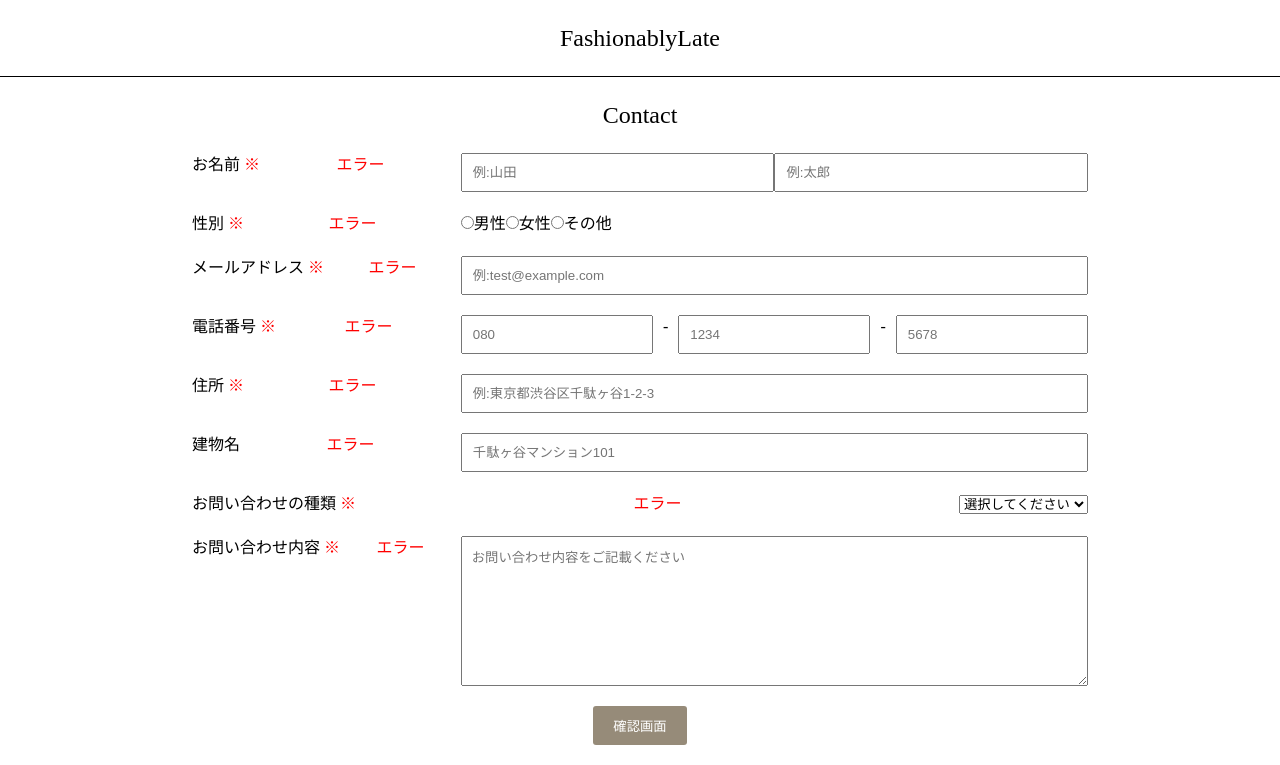
Repository: mayu-ya/test_form
Page: http://localhost/
The author's editor kept a copy of each file at every save. The page is drawn from the files as they stood at one save, then again after the next save.
The browser window is 1280 px wide. The pictures show the whole page.
The page is served by the project's Laravel application, run on PHP 8.4 with Laravel 8.

Above is the page before, as saved 2026-01-19 22:52:33.

After the next save:
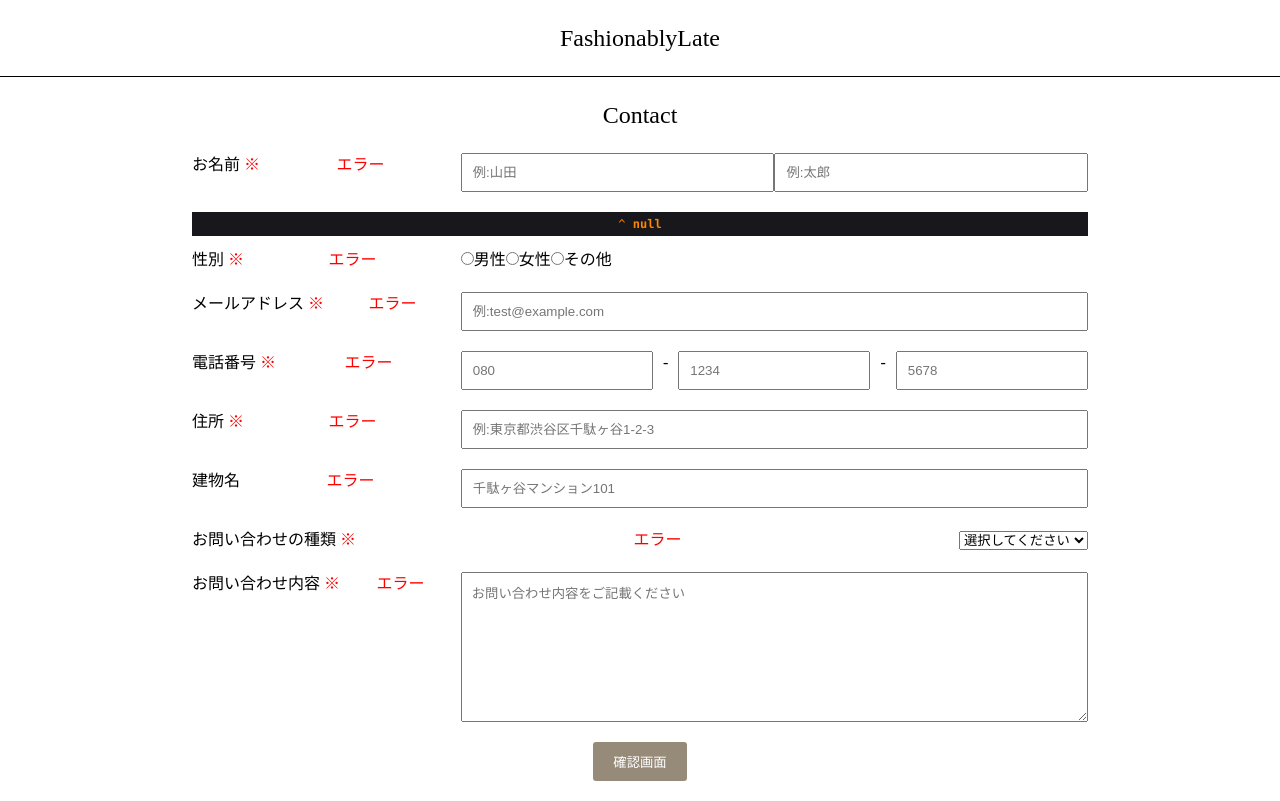
Saved 2 min 9 s later.
--- a/src/resources/views/index.blade.php
+++ b/src/resources/views/index.blade.php
@@ -25,6 +25,9 @@
                 <input type="text" class="form__input-text" name="first_name" placeholder="例:太郎" value="{{ old('first_name') }}">
             </div>
         </div>
+@php
+  dump(session()->get('_old_input'));
+@endphp
 
         <div class="form__group">
             <div class="form__group-item">

After the save that followed:
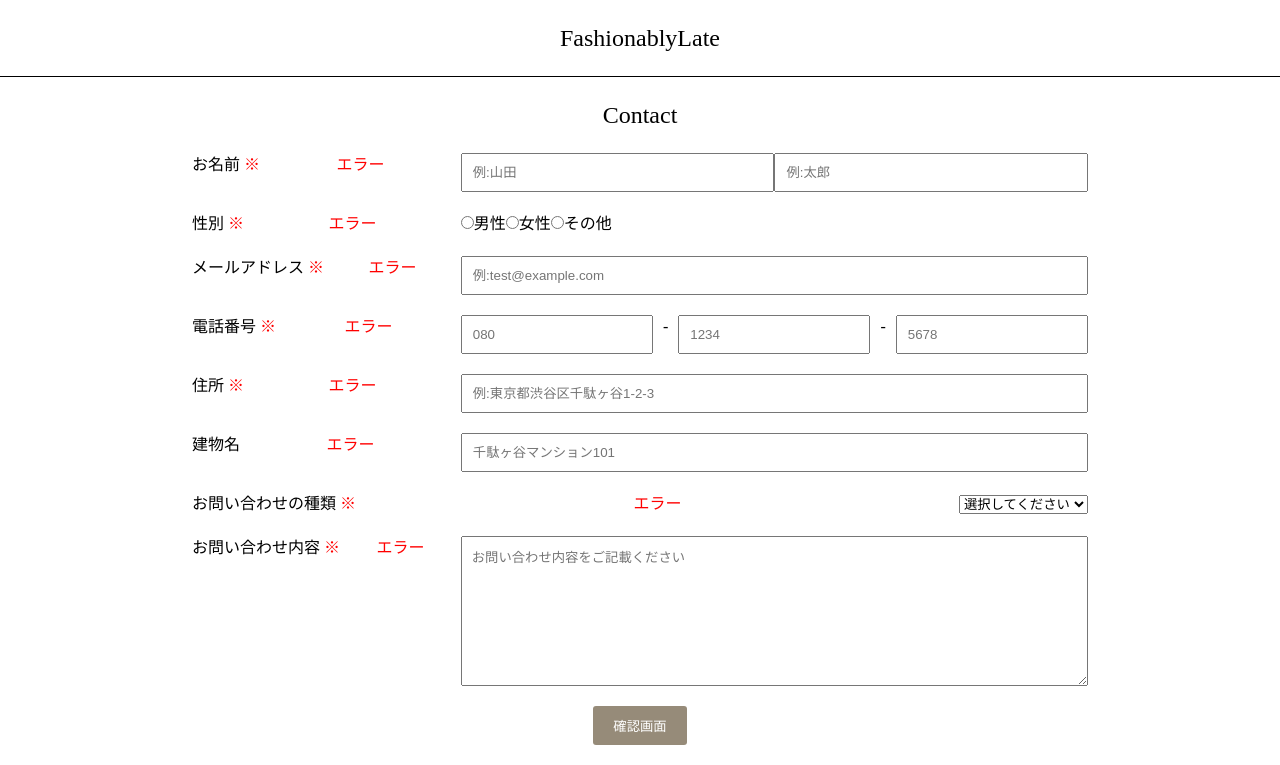
Saved 3 min 4 s later.
--- a/src/resources/views/index.blade.php
+++ b/src/resources/views/index.blade.php
@@ -25,9 +25,6 @@
                 <input type="text" class="form__input-text" name="first_name" placeholder="例:太郎" value="{{ old('first_name') }}">
             </div>
         </div>
-@php
-  dump(session()->get('_old_input'));
-@endphp
 
         <div class="form__group">
             <div class="form__group-item">
